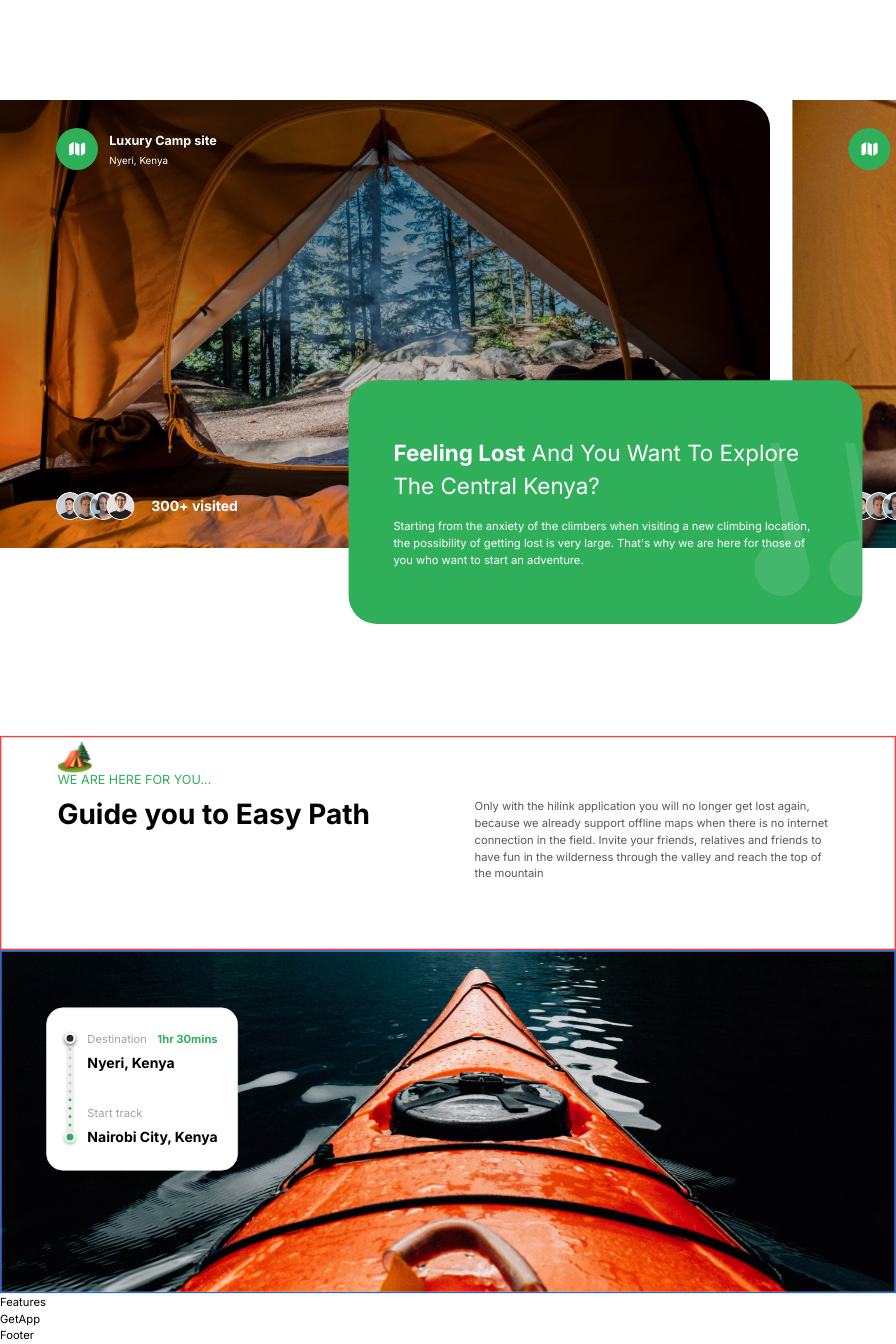
Repository: martin-raphael/travel_agency
Page: /
An editor plug-in stored every save of this project. The page is shown before and after the next save, followed by the edit.
The browser window is 1280 px wide. The pictures show the part of the page from y = 775 to 2695 px (the page is 2695 px tall before and 2688 px after), at 70% of full size.
The project was rebuilt for these pictures with package versions that can differ from the ones it lists, and the page was loaded fresh each time. The framework's server and built-in components were replaced by stand-ins that run in the browser. Also part of the build but not shown: next.config.mjs.

Above is the page before, as saved 2024-08-09 00:32:11.

### app/layout.tsx
import type { Metadata } from "next";
import Navbar from "@/components/Navbar";
import Footer from "@/components/Footer";
import "./globals.css";

export const metadata: Metadata = {
  title: "Travel App",
  description: "Beauty of Nature",
};

export default function RootLayout({
  children,
}: Readonly<{
  children: React.ReactNode;
}>) {
  return (
    <html lang="en">
      <body>
        <Navbar />
        <main className="relative overflow-hidden">{children}</main>
        <Footer />
      </body>
    </html>
  );
}

### components/Navbar.tsx
import { NAV_LINKS } from "@/constants";
import Image from "next/image";
import Link from "next/link";
import React from "react";
import Button from "./Button";

const Navbar = () => {
  return (
    <nav className=" flexBetween max-container padding-container relative z-30 py-3">
      <Link href="/">
        <Image src="/hilink-logo.svg" alt="logo" width={74} height={29} />
      </Link>
      <ul className="hidden h-full gap-12 lg:flex">
        {NAV_LINKS.map((link) => (
          <Link
            href={link.href}
            key={link.key}
            className="regular-16 text-gray-50 flexCenter cursor-pointer pb-1.5 transition-all hover:font-bold"
          >
            {link.label}
          </Link>
        ))}
      </ul>

      <div className=" lg:flexCenter hidden">
        <Button
          type="button"
          title="Get Started"
          icon="/user.svg"
          variant="btn_dark_green"
        />
      </div>
      <Image
        src="menu.svg"
        alt="menu"
        width={32}
        height={32}
        className="inline-block cursor-pointer lg:hidden"
      />
    </nav>
  );
};

export default Navbar;

### components/Camp.tsx
import { PEOPLE_URL } from "@/constants";
import Image from "next/image";
import React from "react";
interface CampProps {
  backgroundImage: string;
  title: string;
  subtitle: string;
  peopleJoined: string;
}

const CampSite = ({
  backgroundImage,
  title,
  subtitle,
  peopleJoined,
}: CampProps) => {
  return (
    <div
      className={`h-full w-full min-w-[1100px] ${backgroundImage}
  bg-cover bg-no-repeat lg:rounded-r-5xl 2xl:rounded-5xl`}
    >
      <div className="flex h-full flex-col items-start justify-between p-6 lg:px-20 lg:py-10">
        <div className="flexCenter gap-4">
          <div className="rounded-full bg-green-50 p-4">
            <Image
            src="/folded-map.svg"
            alt="map"
            width={28}
            height={28} />
          </div>
          <div className="flex flex-col gap-1">
            <h4 className="bold-18 text-white"> {title}</h4>
            <p className="regular-14 text-white"> {subtitle}</p>
          </div>
        </div>

        <div className="flexCenter gap-6 ">
          <span className="flex -space-x-4 overflow-hidden">
            {PEOPLE_URL.map((url) => (
              <Image
              className="inline-block h-10 w-10 rounded-full"
              src={url}
              key={url}
              alt="people"
              width={52}
              height={52} />
            ))}
          </span>
          <p className="bold-16 md:bold-20 text-white"> {peopleJoined}</p>
        </div>
      </div>
    </div>
  );
};

const Camp = () => {
  return (
    <section
      className=" 2xl:max-container relative flex flex-col py-10 lg:mb-10 lg:py-20 xl:mb-20"
    >
      <div
        className="hide-scrollbar flex h-[340px] w-full items-start
      justify-start gap-8 overflow-x-auto lg:h-[400px] xl:h-[640px]"
      >
        <CampSite
          backgroundImage="bg-bg-img-1"
          title="Luxury Camp site"
          subtitle="Nyeri, Kenya"
          peopleJoined="300+ visited"
        />
        <CampSite
         backgroundImage="bg-bg-img-2"
         title="The Ranch Camp site"
         subtitle="Kirinyaga, Kenya"
         peopleJoined="800+ visited" />
      </div>
      <div className="flexEnd mt-10 px-6 lg:-mt-60 lg:mr-6">
          <div className="bg-green-50 p-8 lg:max-w-[500px] xl:max-w-[734px]
          xl:rounded-5xl xl:px-16 xl:py-20 relative w-full overflow-hidden rounded-3xl">
            <h2 className="regular-24 md:regular-32 2xl:regular-64 capitalize text-white">
              <strong>Feeling lost</strong> and you want to explore the Central Kenya?
            </h2>
            <p className="regular-14 xl:regular-16 mt-5 text-white">Starting from the anxiety of the climbers when visiting a new climbing location, the possibility of getting lost is very large.
               That&apos;s why we are here for those of you who want to start an adventure.</p>

               <Image src="/quote.svg" alt="Quote" width={186} height={219} className="camp-quote"/>

          </div>
      </div>
    </section>
  );
};

export default Camp;

### components/Guide.tsx
import Image from "next/image";
import React from "react";

const Guide = () => {
  return (
    <section className="flexCenter flex-col">
      <div className="border-2 border-red-500 padding-container max-container w-full pb-24">
        <Image src="/camp.svg" alt="camp" width={50} height={50} />
        <p className="uppercase regular-18 -mt-1 mb-3 text-green-50">
          We are here for you...
        </p>
        <div className="flex flex-wrap justify-between gap-5 lg:gap-10">
          <h2 className="bold-40 lg:bold-60 xl:mx-w-[390px]">
            Guide you to Easy Path
          </h2>
          <p className="regular-16 text-gray-50 xl:max-w-[520px]">
            Only with the hilink application you will no longer get lost again,
            because we already support offline maps when there is no internet
            connection in the field. Invite your friends, relatives and friends
            to have fun in the wilderness through the valley and reach the top
            of the mountain
          </p>
        </div>
      </div>
      <div className="flexCenter max-container relative w-full border-2 border-blue-600">
        <Image
          className="w-full object-cover object-center 2xl:rounded-5xl"
          src="/boat.png"
          alt="boat"
          width={1440}
          height={580}
        />

        <div className="absolute flex bg-white py-8 pl-5 pr-7 gap-3 rounded-3xl border
        shadow-md md:left-[5%] lg:top-20">
          <Image
          className="h-full w-auto"
          src="/meter.svg"
          alt="meter"
          width={16}
          height={158}/>
          <div className="flexBetween flex-col">
              <div className="flex w-full flex-col">
                <div className="flexBetween w-full">
                  <p className="regular-16 text-gray-20">Destination </p>
                  <p className="bold-16 text-green-50"> 1hr 30mins</p>
                </div>
                <p className="bold-20 mt-2">Nyeri, Kenya</p>
              </div>
              <div className="flex w-full flex-col">
                  <p className="regular-16 text-gray-20">Start track </p>
                  <h4 className="bold-20 mt-2 whitespace-nowrap"> Nairobi City, Kenya</h4>
              </div>
          </div>

        </div>
      </div>
    </section>
  );
};

export default Guide;

### components/Hero.tsx
import Image from "next/image";
import React from "react";
import Button from "./Button";

const Hero = () => {
  return (
    <section
      className=" max-container padding-container flex
    flex-col gap-20 lg:py-20 py-10 pb-32 md:gap-28 xl:flex-row
    "
    >
      <div className="hero-map" />

      {/* LEFT SIDE-*/}

      <div className="relative z-20 flex flex-1 flex-col xl:w-1/2">
        <Image
          src="/camp.svg"
          alt="camp"
          width={50}
          height={50}
          className="absolute left-[-5px] top-[-30px] w-10 lg:w-[50px]"
        />
        <h1 className="bold-52 lg:bold-88"> Central Kenya Camp Site</h1>
        <p className="regular-16 mt-6 text-gray-30 xl:max-w-[520px]">
          We want to be on each of your journeys seeking the satisfaction of
          seeing the incorruptible beauty of nature. We can help you on an
          adventure around the world in just one app
        </p>

        <div className="my-11 flex flex-wrap gap-5">
          <div className="flex items-center gap-2">
            {Array(5)
              .fill(1)
              .map((_, index) => (
                <Image
                  src="/star.svg"
                  alt="Ratings"
                  key={index}
                  width={24}
                  height={24}
                />
              ))}
          </div>
          <p className="bold-16 lg:bold-20 text-blue-70">
            200K
            <span className="regular-16 lg:regular-20 ml-1 underline">
              Excellent Reviews
            </span>
          </p>
        </div>
        <div className="flex flex-col w-full gap-3 sm:flex-row">
          <Button type="button" title="Download App" variant="btn_green" />

          <Button
            type="button"
            title="How we work? "
            icon="/play.svg"
            variant="btn_white"
          />
        </div>
      </div>

      <div className="relative flex flex-1 items-start">
        <div className="relative z-20  w-[268px] flex flex-col gap-8 rounded-3xl bg-green-90 px-7 py-8">
          <div className="flex flex-col">
            <div className="flexBetween">
              <p className="regular-16 text-gray-20">Location</p>
              <Image src="/close.svg" alt="close" width={24} height={24} />
            </div>
            <p className="bold-20 text-white"> Nyeri Region</p>
          </div>
            <div className="flexBetween">
              <div className="flex flex-col">
                <p className="regular-16 block text-gray-20">Distance</p>
                <p className="bold-20 text-white"> 4,420 mi</p>
              </div>
              <div className="flex flex-col">
                <p className="regular-16 block text-gray-20">Elavation</p>
                <p className="bold-20 text-white"> 2.040 km</p>
              </div>
            </div>
          </div>
        </div>

    </section>
  );
};

export default Hero;

### components/Button.tsx
import Image from "next/image";

type ButtonProps = {
  type: "button" | "submit";
  title: string;
  icon?: string;
  variant?: string;
  full?:boolean;
};

const Button = ({ type, title, icon, variant, full }: ButtonProps) => {
  return (
    <button
      className={`flexCenter gap-4 rounded-full border ${variant} ${full && 'w-full'}`}
      type={type}
    >
      {icon && <Image src={icon} alt={title} width={24} height={24} />}
      <label className=" bold-16 whitespace-nowrap cursor-pointer">{title}</label>
    </button>
  );
};

export default Button;

Loaded but not shown: app/page.tsx (common file); components/Footer.tsx (common file); app/globals.css (common file); components/Features.tsx (common file); components/GetApp.tsx (common file); constants/index.ts (common file); tailwind.config.ts (common file)

After the next save:
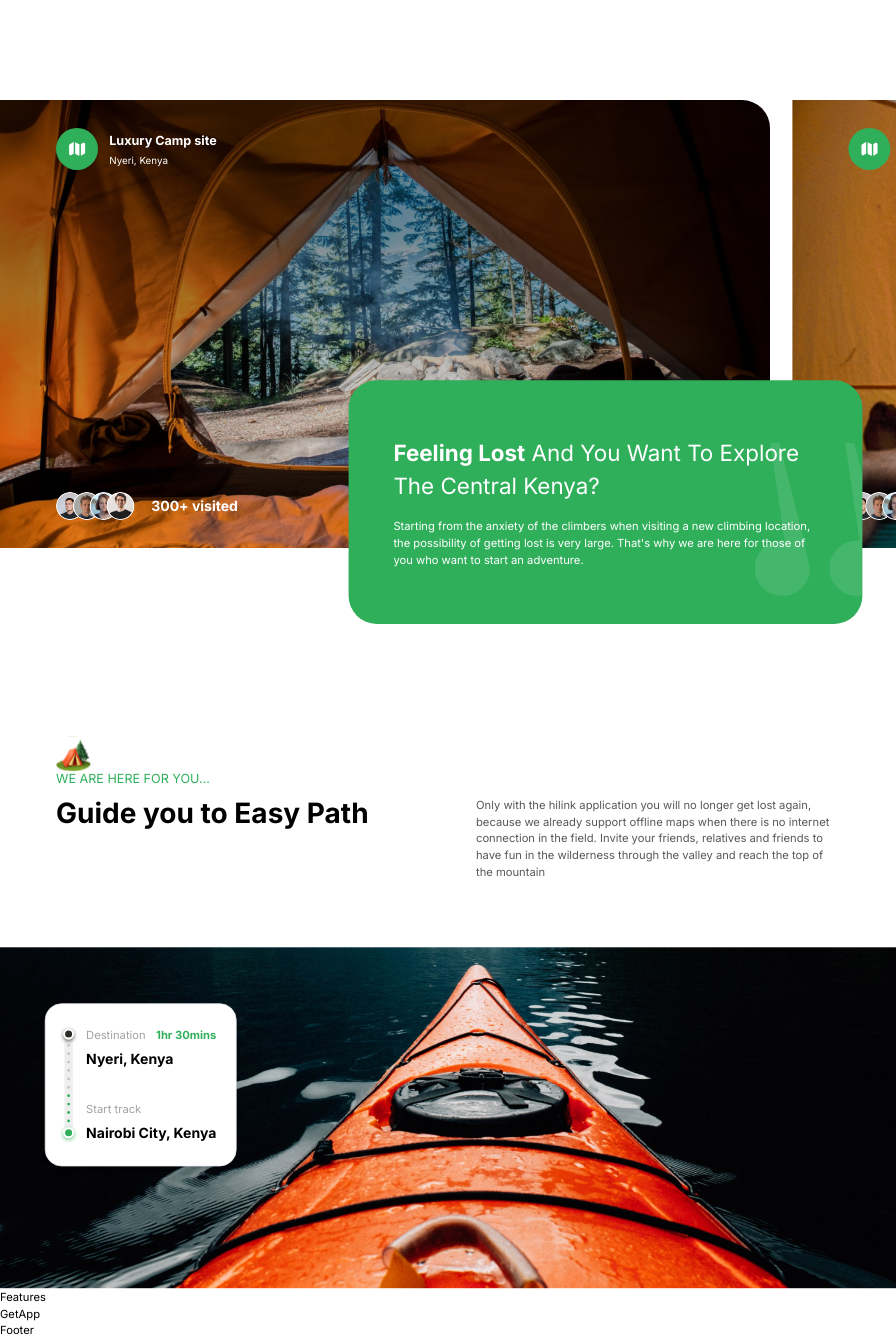
Saved 99 s later.
--- a/components/Guide.tsx
+++ b/components/Guide.tsx
@@ -4,7 +4,7 @@ import React from "react";
 const Guide = () => {
   return (
     <section className="flexCenter flex-col">
-      <div className="border-2 border-red-500 padding-container max-container w-full pb-24">
+      <div className=" padding-container max-container w-full pb-24">
         <Image src="/camp.svg" alt="camp" width={50} height={50} />
         <p className="uppercase regular-18 -mt-1 mb-3 text-green-50">
           We are here for you...
@@ -22,7 +22,7 @@ const Guide = () => {
           </p>
         </div>
       </div>
-      <div className="flexCenter max-container relative w-full border-2 border-blue-600">
+      <div className="flexCenter max-container relative w-full ">
         <Image
           className="w-full object-cover object-center 2xl:rounded-5xl"
           src="/boat.png"
